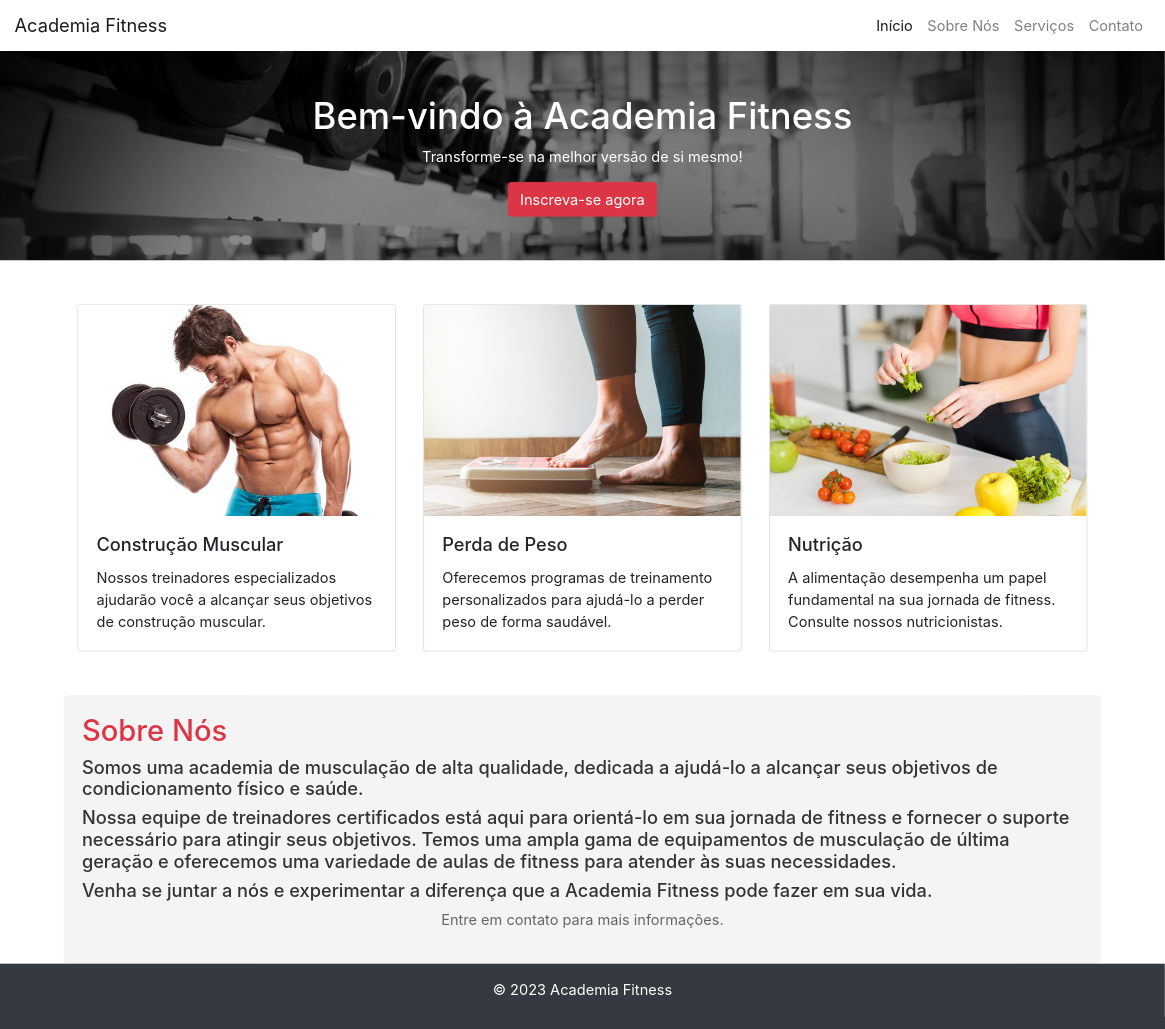
Repository: 01nethy/pratica14
Page: index.html
An editor plug-in stored every save of this project. The page is shown before and after the next save, followed by the edit.
The browser window is 1280 px wide. The pictures show the whole page, at 91% of full size.

Above is the page before, as saved 2023-09-08 00:13:03.

### index.html
<!DOCTYPE html>
<html lang="pt-BR">
<head>
    <meta charset="UTF-8">
    <meta name="viewport" content="width=device-width, initial-scale=1.0">
    <title>Academia de Musculação</title>
    <link rel="stylesheet" href="https://stackpath.bootstrapcdn.com/bootstrap/4.5.2/css/bootstrap.min.css">
    <link rel="stylesheet" href="style.css">
</head>
<body>

<!-- Barra de navegação -->
<nav class="navbar navbar-expand-lg navbar-light bg-white">
    <a class="navbar-brand" href="#">Academia Fitness</a>
    <button class="navbar-toggler" type="button" data-toggle="collapse" data-target="#navbarNav" aria-controls="navbarNav" aria-expanded="false" aria-label="Toggle navigation">
        <span class="navbar-toggler-icon"></span>
    </button>
    <div class="collapse navbar-collapse" id="navbarNav">
        <ul class="navbar-nav ml-auto">
            <li class="nav-item active">
                <a class="nav-link" href="#">Início</a>
            </li>
            <li class="nav-item">
                <a class="nav-link" href="#">Sobre Nós</a>
            </li>
            <li class="nav-item">
                <a class="nav-link" href="#">Serviços</a>
            </li>
            <li class="nav-item">
                <a class="nav-link" href="#">Contato</a>
            </li>
        </ul>
    </div>
</nav>

<!-- Cabeçalho -->
<header id="fundo" class="py-5 text-center">
    <h1>Bem-vindo à Academia Fitness</h1>
    <p>Transforme-se na melhor versão de si mesmo!</p>
    <a class="btn btn-danger" href="#">Inscreva-se agora</a>
</header>

<!-- Seção de Destaque -->
<section class="container my-5">
    <div class="row">
        <div class="col-md-4">
            <div class="card">
                <img src="massa.jpg" class="card-img-top" alt="Ganho de Massa">
                <div class="card-body">
                    <h5 class="card-title">Construção Muscular</h5>
                    <p class="card-text">Nossos treinadores especializados ajudarão você a alcançar seus objetivos de construção muscular.</p>
                </div>
            </div>
        </div>
        <div class="col-md-4">
            <div class="card">
                <img src="peso.jpeg" class="card-img-top" alt="Perda de Peso">
                <div class="card-body">
                    <h5 class="card-title">Perda de Peso</h5>
                    <p class="card-text">Oferecemos programas de treinamento personalizados para ajudá-lo a perder peso de forma saudável.</p>
                </div>
            </div>
        </div>
        <div class="col-md-4">
            <div class="card">
                <img src="nutricao.jpg" class="card-img-top" alt="Nutrição">
                <div class="card-body">
                    <h5 class="card-title">Nutrição</h5>
                    <p class="card-text">A alimentação desempenha um papel fundamental na sua jornada de fitness. Consulte nossos nutricionistas.</p>
                </div>
            </div>
        </div>
    </div>
</section>

<div class="container mt-5 info">
    <h2 class="text-danger">Sobre Nós</h2>
    <h6>Somos uma academia de musculação de alta qualidade, dedicada a ajudá-lo a alcançar seus objetivos de condicionamento físico e saúde.</h6>
    <h6>Nossa equipe de treinadores certificados está aqui para orientá-lo em sua jornada de fitness e fornecer o suporte necessário para atingir seus objetivos. Temos uma ampla gama de equipamentos de musculação de última geração e oferecemos uma variedade de aulas de fitness para atender às suas necessidades.</h6>
    <h6>Venha se juntar a nós e experimentar a diferença que a Academia Fitness pode fazer em sua vida.</h6>
    <p class="text-center">Entre em contato para mais informações.</p>
</div>

<!-- Rodapé -->
<footer class="bg-dark text-white text-center py-3">
    <p>&copy; 2023 Academia Fitness</p>
</footer>


</body>
</html>

### style.css
#fundo{

    background: url(background2.jpg) top left;
    background-size: cover;

}

header{
    color: white;
}

.info {
    background-color: #f4f4f4;
    padding: 20px;
    border-radius: 5px;
    margin-top: 20px;
}

.info h6 {
    font-size: 20px;
    color: #333;
}

.info p {
    font-size: 16px;
    color: #666;
}

After the next save:
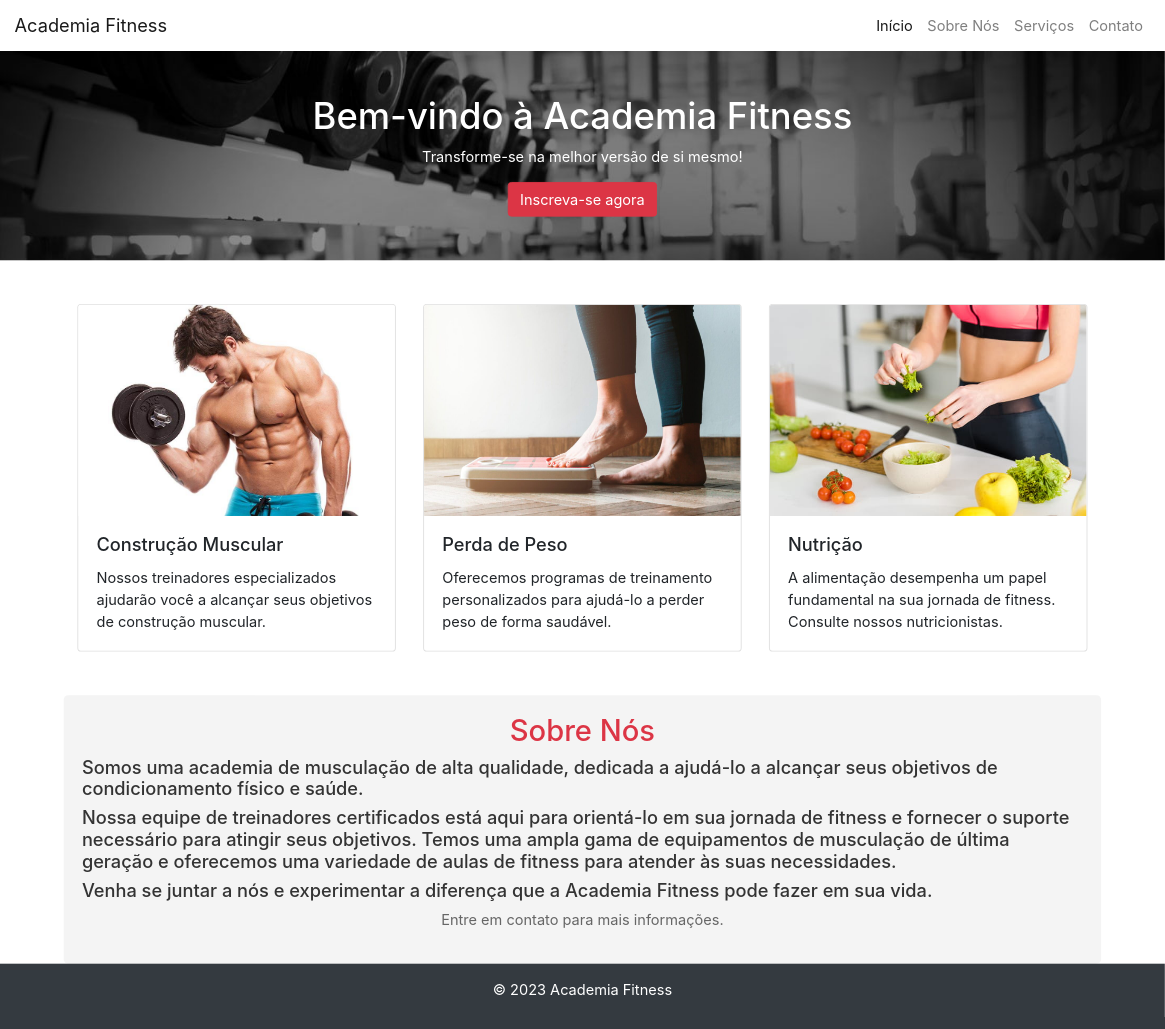
Saved 27 s later.
--- a/index.html
+++ b/index.html
@@ -74,7 +74,7 @@
 </section>
 
 <div class="container mt-5 info">
-    <h2 class="text-danger">Sobre Nós</h2>
+    <h2 class="text-danger text-center">Sobre Nós</h2>
     <h6>Somos uma academia de musculação de alta qualidade, dedicada a ajudá-lo a alcançar seus objetivos de condicionamento físico e saúde.</h6>
     <h6>Nossa equipe de treinadores certificados está aqui para orientá-lo em sua jornada de fitness e fornecer o suporte necessário para atingir seus objetivos. Temos uma ampla gama de equipamentos de musculação de última geração e oferecemos uma variedade de aulas de fitness para atender às suas necessidades.</h6>
     <h6>Venha se juntar a nós e experimentar a diferença que a Academia Fitness pode fazer em sua vida.</h6>
